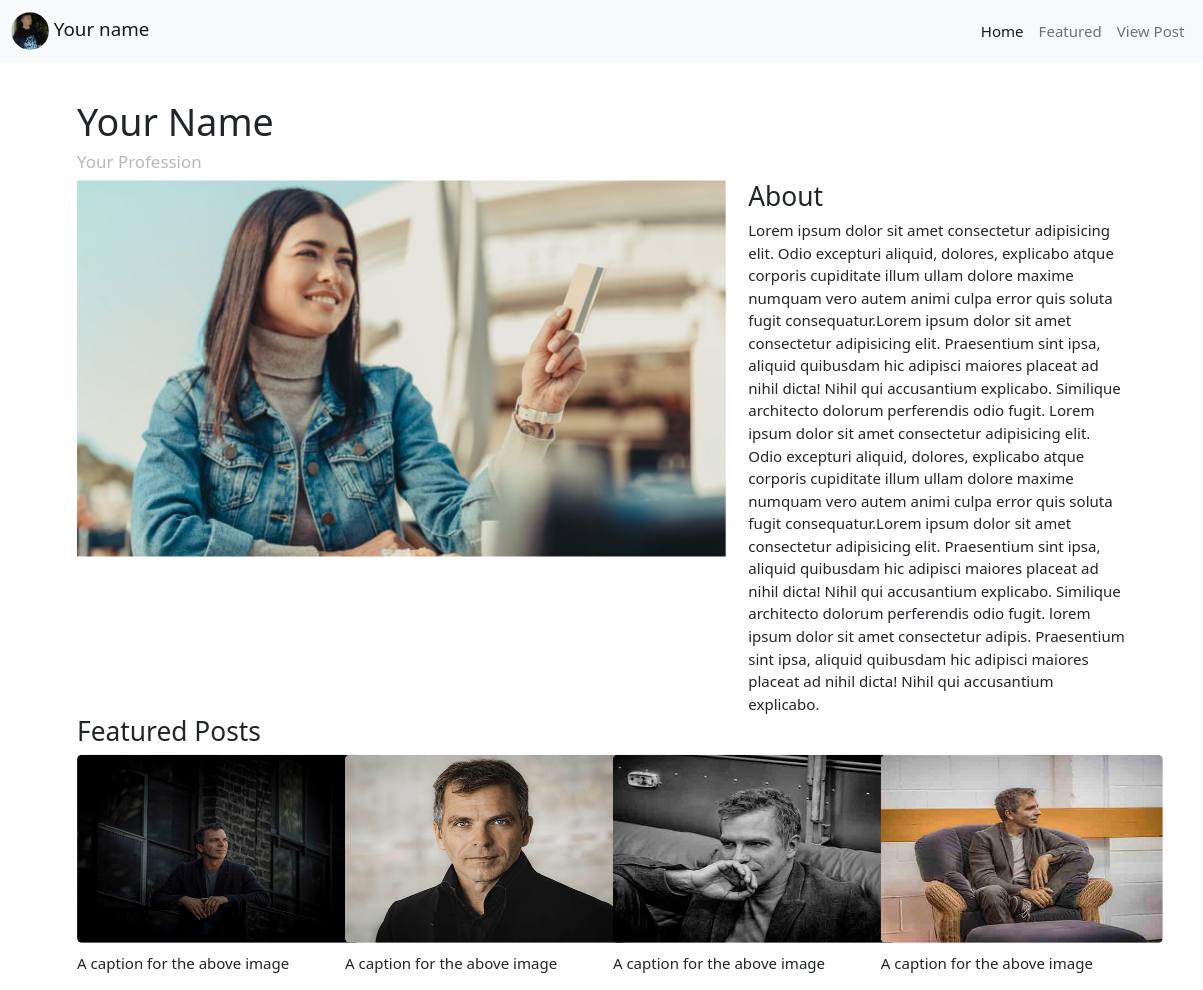
Repository: nvt01/72_1951061106_NgoVanTung
Page: BaiTh1/index.html
The author's editor kept a copy of each file at every save. The page is drawn from the files as they stood at one save, then again after the next save.
The browser window is 1280 px wide. The pictures show the whole page, at 94% of full size.

Above is the page before, as saved 2021-11-30 22:22:42.

### BaiTh1/index.html
<!DOCTYPE html>
<html lang="en">
<head>
    <meta charset="UTF-8">
    <meta http-equiv="X-UA-Compatible" content="IE=edge">
    <meta name="viewport" content="width=device-width, initial-scale=1.0">
    <title>Blog</title>
    <link rel="stylesheet" href="style.css">
    <!-- CSS only -->
    <link href="https://cdn.jsdelivr.net/npm/bootstrap@5.1.3/dist/css/bootstrap.min.css" rel="stylesheet" integrity="sha384-1BmE4kWBq78iYhFldvKuhfTAU6auU8tT94WrHftjDbrCEXSU1oBoqyl2QvZ6jIW3" crossorigin="anonymous">
</head>
<body>
    <div class="menu">
        <nav class="navbar navbar-expand-lg navbar-light bg-light">
            <div class="container-fluid">
                <a class="navbar-brand" href="#">
                    <img class="nav-img" src="./img/avatar.JPG" alt="">
                    Your name
                </a>
                <button class="navbar-toggler" type="button" data-bs-toggle="collapse" data-bs-target="#navbarSupportedContent" aria-controls="navbarSupportedContent" aria-expanded="false" aria-label="Toggle navigation">
                    <span class="navbar-toggler-icon"></span>
                </button>
                <div class=" collapse navbar-collapse" id="navbarSupportedContent">
                    <ul class="navbar-nav me-auto mb-2 mb-lg-0">
                        <li class="nav-item">
                            <a class="nav-link active" aria-current="page" href="#">Home</a>
                        </li>
                        <li class="nav-item">
                            <a class="nav-link" href="#">Featured</a>
                        </li>
                        <li class="nav-item">
                            <a class="nav-link" href="#">View Post</a>
                        </li>
                    </ul>
                </div>
            </div>
        </nav>
    </div>
    <div class="container">
        <div class="row">
            <h1 class="h1">Your Name</h1>
            <h3 class="h3">Your Profession</h3>
            <div class="col">
                <img src="./img/img1.jpeg" alt="">
            </div>
            <div class="col">
                <h3>About</h3>
                <span>Lorem ipsum dolor sit amet consectetur adipisicing elit. Odio excepturi aliquid, dolores, explicabo atque corporis cupiditate illum ullam dolore maxime numquam vero autem animi culpa error quis soluta fugit consequatur.Lorem ipsum dolor sit amet consectetur adipisicing elit. Praesentium sint ipsa, aliquid quibusdam hic adipisci maiores placeat ad nihil dicta! Nihil qui accusantium explicabo. Similique architecto dolorum perferendis odio fugit. Lorem ipsum dolor sit amet consectetur adipisicing elit. Odio excepturi aliquid, dolores, explicabo atque corporis cupiditate illum ullam dolore maxime numquam vero autem animi culpa error quis soluta fugit consequatur.Lorem ipsum dolor sit amet consectetur adipisicing elit. Praesentium sint ipsa, aliquid quibusdam hic adipisci maiores placeat ad nihil dicta! Nihil qui accusantium explicabo. Similique architecto dolorum perferendis odio fugit. lorem ipsum dolor sit amet consectetur adipis. Praesentium sint ipsa, aliquid quibusdam hic adipisci maiores placeat ad nihil dicta! Nihil qui accusantium explicabo.</span>
            </div>
        </div>
        <h3>Featured Posts</h3>
        <div class="row">
            <div class="col-3">
                <img class="image" src="./img/img2.jpeg" alt="">
                <p>A caption for the above image</p>
            </div>
            <div class="col-3">
                <img class="image" src="./img/img3.jpeg" alt="">
                <p>A caption for the above image</p>
            </div>
            <div class="col-3">
                <img class="image" src="./img/img5.jpeg" alt="">
                <p>A caption for the above image</p>
            </div>
            <div class="col-3">
                <img class="image" src="./img/img6.jpeg" alt="">
                <p>A caption for the above image</p>
            </div>
        </div>
    </div>
</body>
</html>

### BaiTh1/style.css
* {
    margin: 0;
    padding: 0;
    box-sizing: border-box;
}

:root {
    --text-color: rgb(187, 184, 184);
}

.navbar {
    margin-bottom: 40px;
}

.nav-img {
    width: 40px;
    height: 40px;
    border-radius: 50%;
    object-fit: cover;
}

.container-fluid .navbar-collapse {
    flex-grow: 0;
}
.container .h1 {
    font-weight: 400;
}
.container .h3 {
    color: var(--text-color);
    font-size: 18px;
}

.image {
    border-radius: 5px;
    margin-bottom: 10px;
    width: 300px;
    height: 200px;
    oje
}

After the next save:
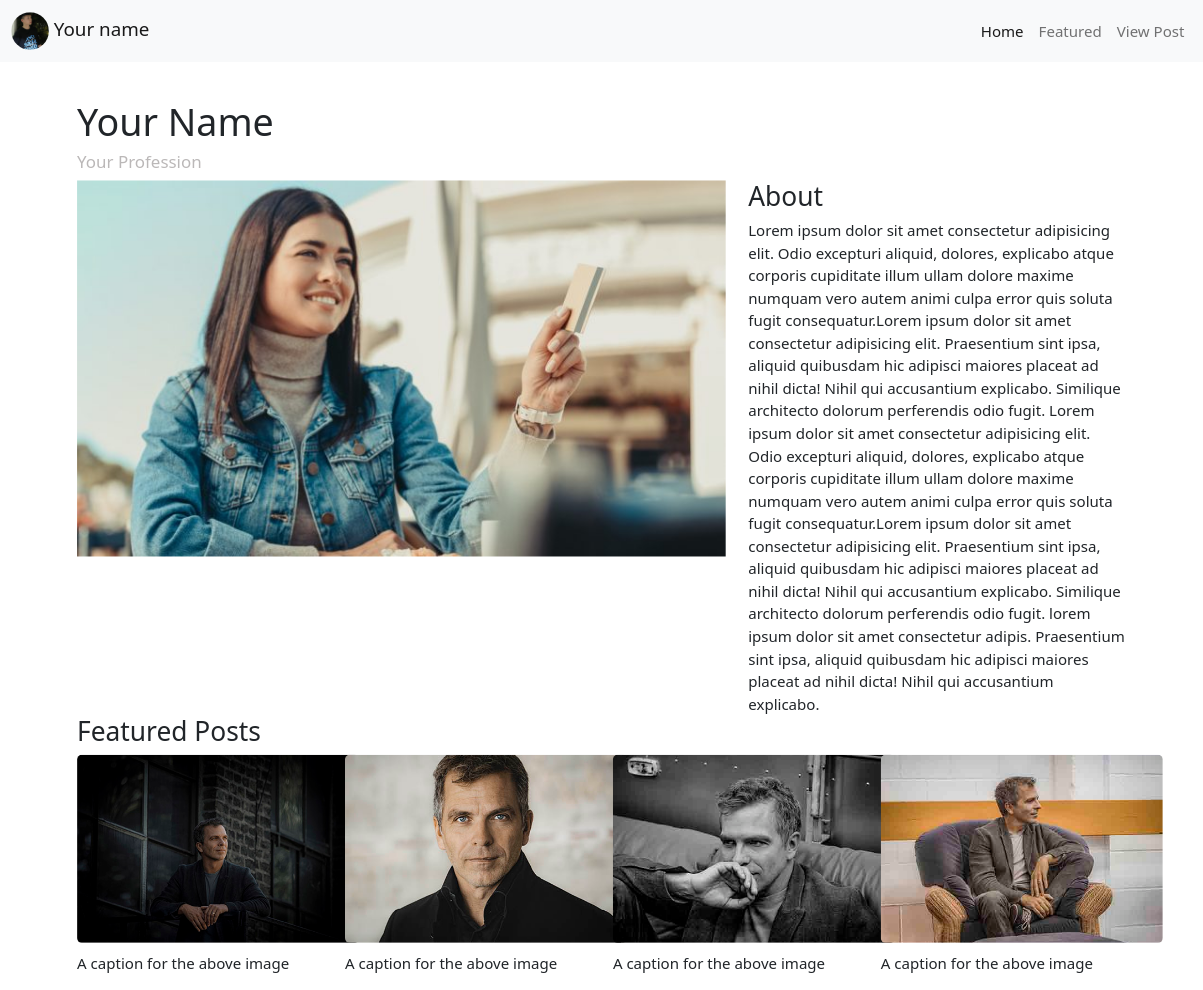
Saved 4 s later.
--- a/BaiTh1/style.css
+++ b/BaiTh1/style.css
@@ -35,5 +35,5 @@
     margin-bottom: 10px;
     width: 300px;
     height: 200px;
-    oje
+    object-fit: cover;
 }
